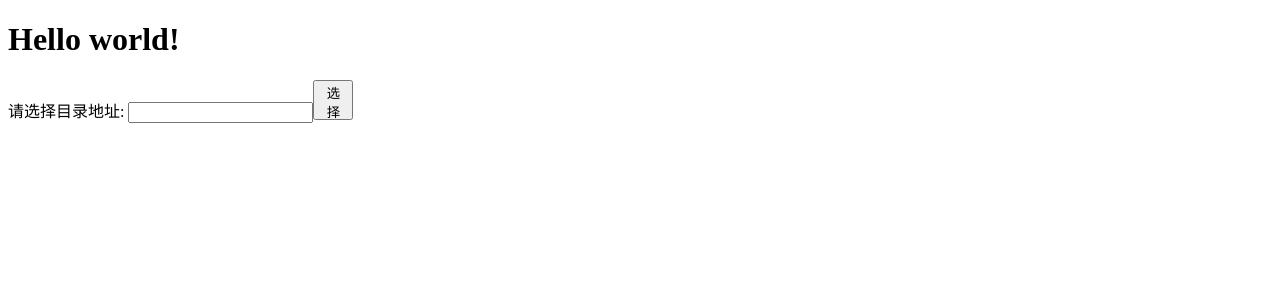
Repository: cjl1828103646/G25
Page: sqsx1/WebContent/index.html
These files come from the project's save history. The page is drawn as it stood at one moment and after the next save; the edit follows.
The browser window is 1280 px wide. The pictures show the whole page.

Above is the page before, as saved 2023-06-26 11:57:38.

After the next save:
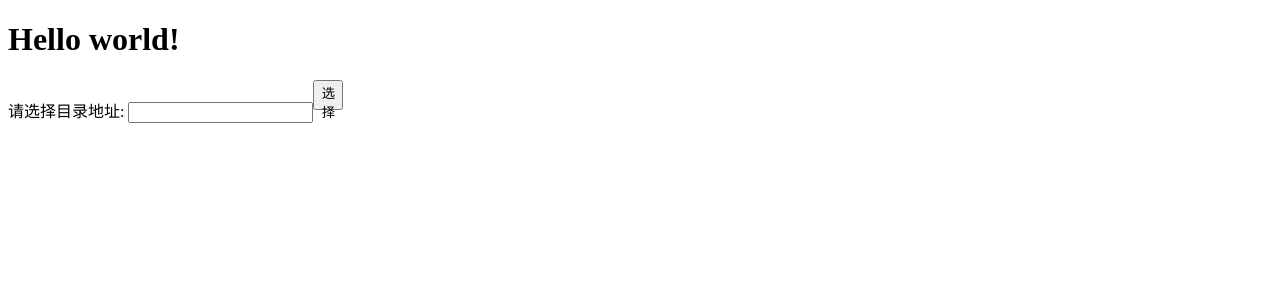
Saved 49 s later.
--- a/sqsx1/WebContent/index.html
+++ b/sqsx1/WebContent/index.html
@@ -6,6 +6,6 @@
 </head>
 <body>
 <h1>Hello world!</h1>
-<p>请选择目录地址:  <input type="text"><button id=bt1 style="height:40px;width:40px;">选择</button></p>
+<p>请选择目录地址:  <input type="text"><button id=bt1 style="height:30px;width:30px;">选择</button></p>
 </body>
 </html>
